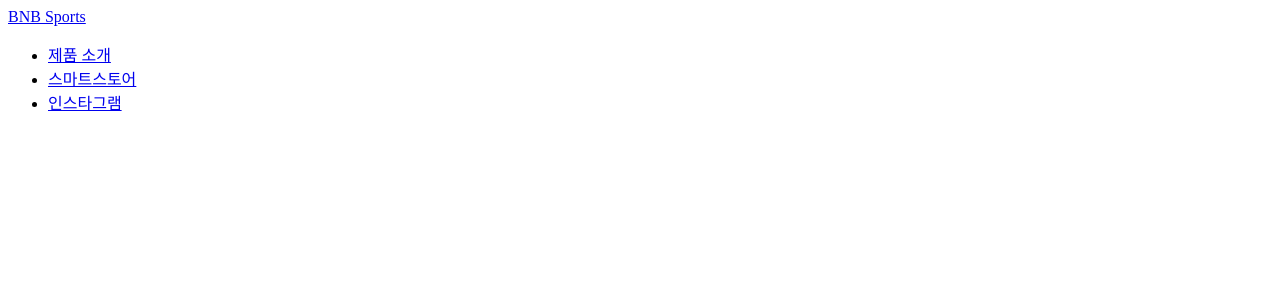
Repository: norwegianwood97/BNB-Sports
Page: assets/header.html
The author's editor kept a copy of each file at every save. The page is drawn from the files as they stood at one save, then again after the next save.
The browser window is 1280 px wide. The pictures show the whole page.

Above is the page before, as saved 2025-10-08 00:01:16.

### assets/header.html
<header>
  <nav>
    <a href="/index.html" class="logo">BNB Sports</a>
    <ul>
      <li><a href="/products/SkatingStart.html">제품 소개</a></li>
      <li>
        <a href="https://smartstore.naver.com/bnb_sports/category/2c9d17ff3c834d29b9be2411bdc826c6?cp=1" target="_blank">스마트스토어</a>
      </li>
      <li>
        <a href="https://www.instagram.com/bnb___sports" target="_blank">인스타그램</a>
      </li>
    </ul>
  </nav>
</header>

After the next save:
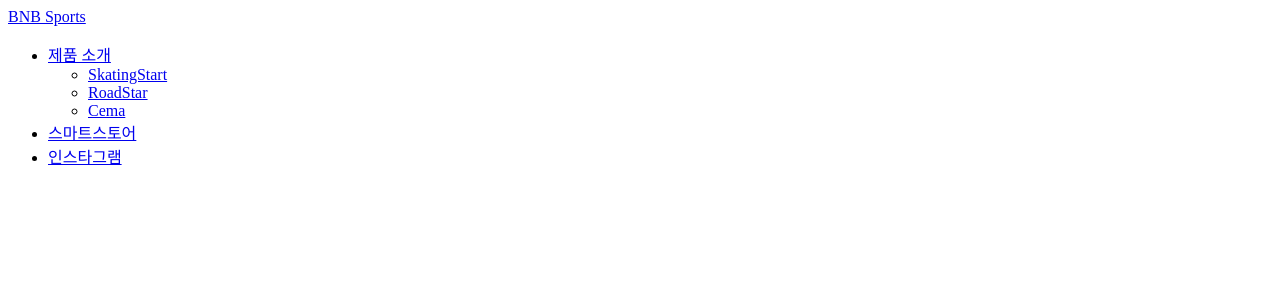
Saved 2 min 6 s later.
--- a/assets/header.html
+++ b/assets/header.html
@@ -2,7 +2,16 @@
   <nav>
     <a href="/index.html" class="logo">BNB Sports</a>
     <ul>
-      <li><a href="/products/SkatingStart.html">제품 소개</a></li>
+      <!-- 드롭다운 메뉴 시작 -->
+      <li class="dropdown">
+        <a href="/products/SkatingStart.html">제품 소개</a>
+        <ul class="dropdown-content">
+          <li><a href="/products/SkatingStart.html">SkatingStart</a></li>
+          <li><a href="/products/RoadStar.html">RoadStar</a></li>
+          <li><a href="/products/Cema.html">Cema</a></li>
+        </ul>
+      </li>
+      <!-- 드롭다운 메뉴 끝 -->
       <li>
         <a href="https://smartstore.naver.com/bnb_sports/category/2c9d17ff3c834d29b9be2411bdc826c6?cp=1" target="_blank">스마트스토어</a>
       </li>
